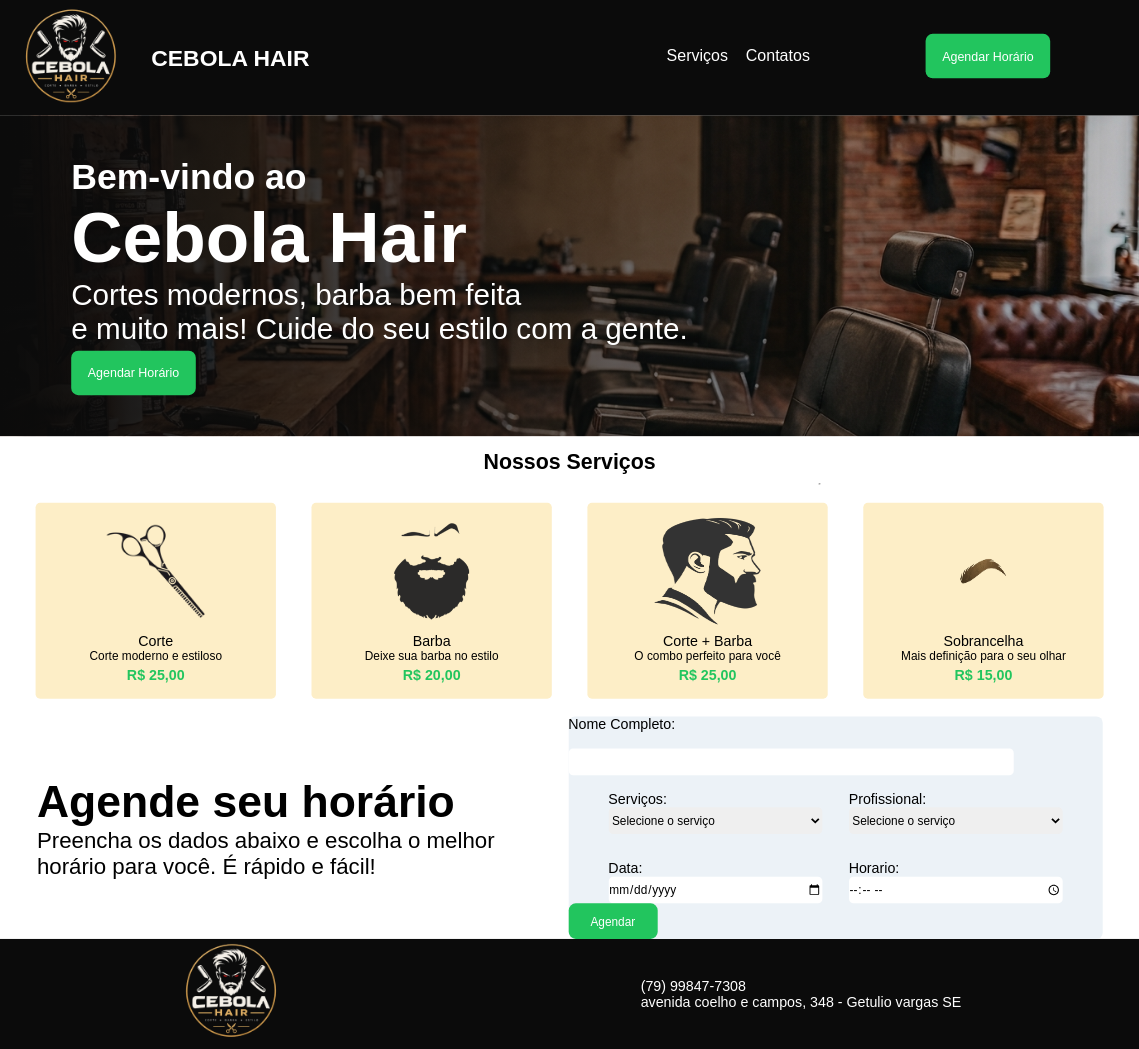
Repository: antonymsantana-design/final.activitie1
Page: index.html
The author's editor kept a copy of each file at every save. The page is drawn from the files as they stood at one save, then again after the next save.
The browser window is 1280 px wide. The pictures show the whole page, at 89% of full size.

Above is the page before, as saved 2026-09-15 20:04:17.

After the next save:
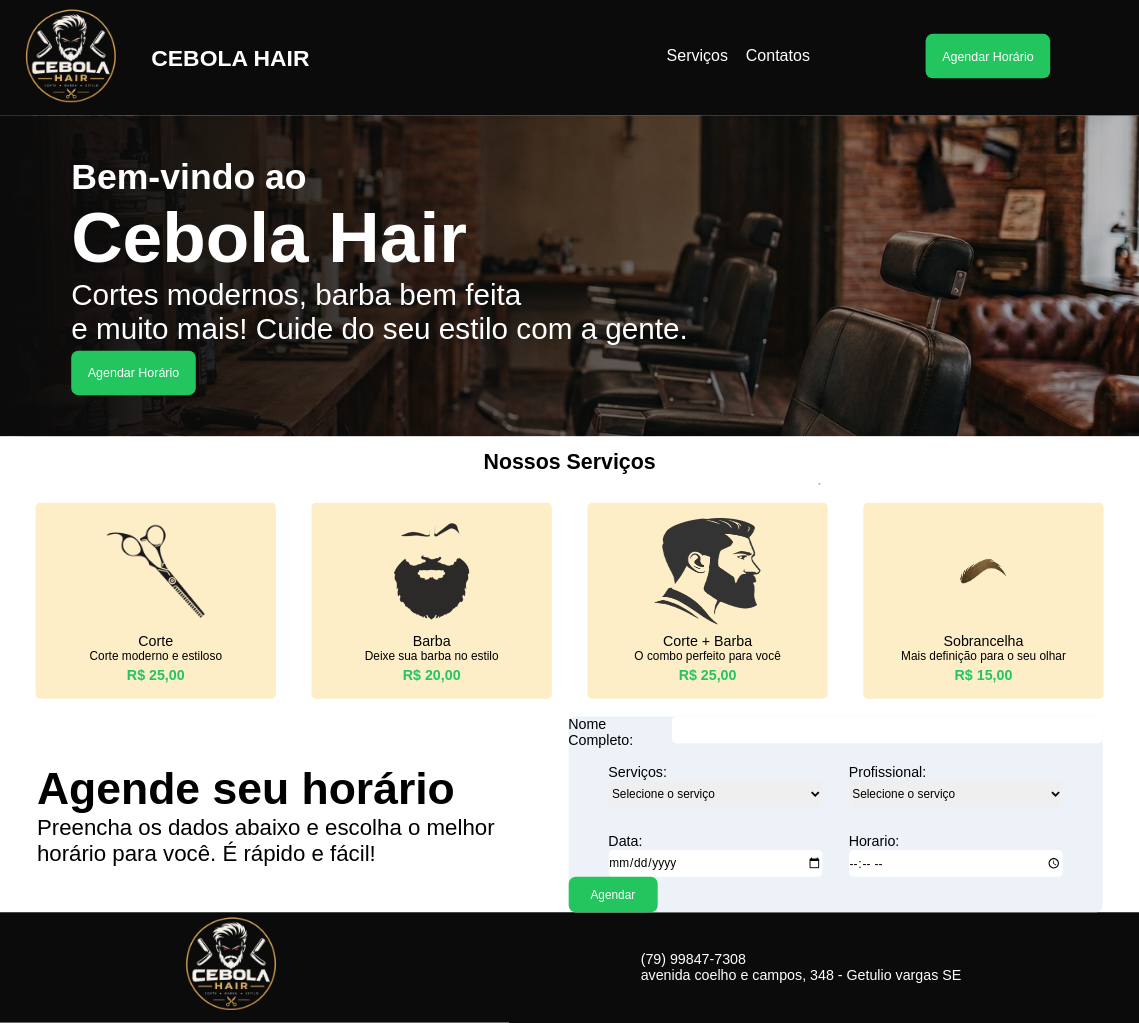
Saved 17 s later.
--- a/style.css
+++ b/style.css
@@ -179,8 +179,7 @@
 .formCima{
     display: flex;
     justify-content: center;
-    align-items: left;
-    flex-direction: column;
+    align-items: left
 }
 
 .quadrado{

After the save that followed:
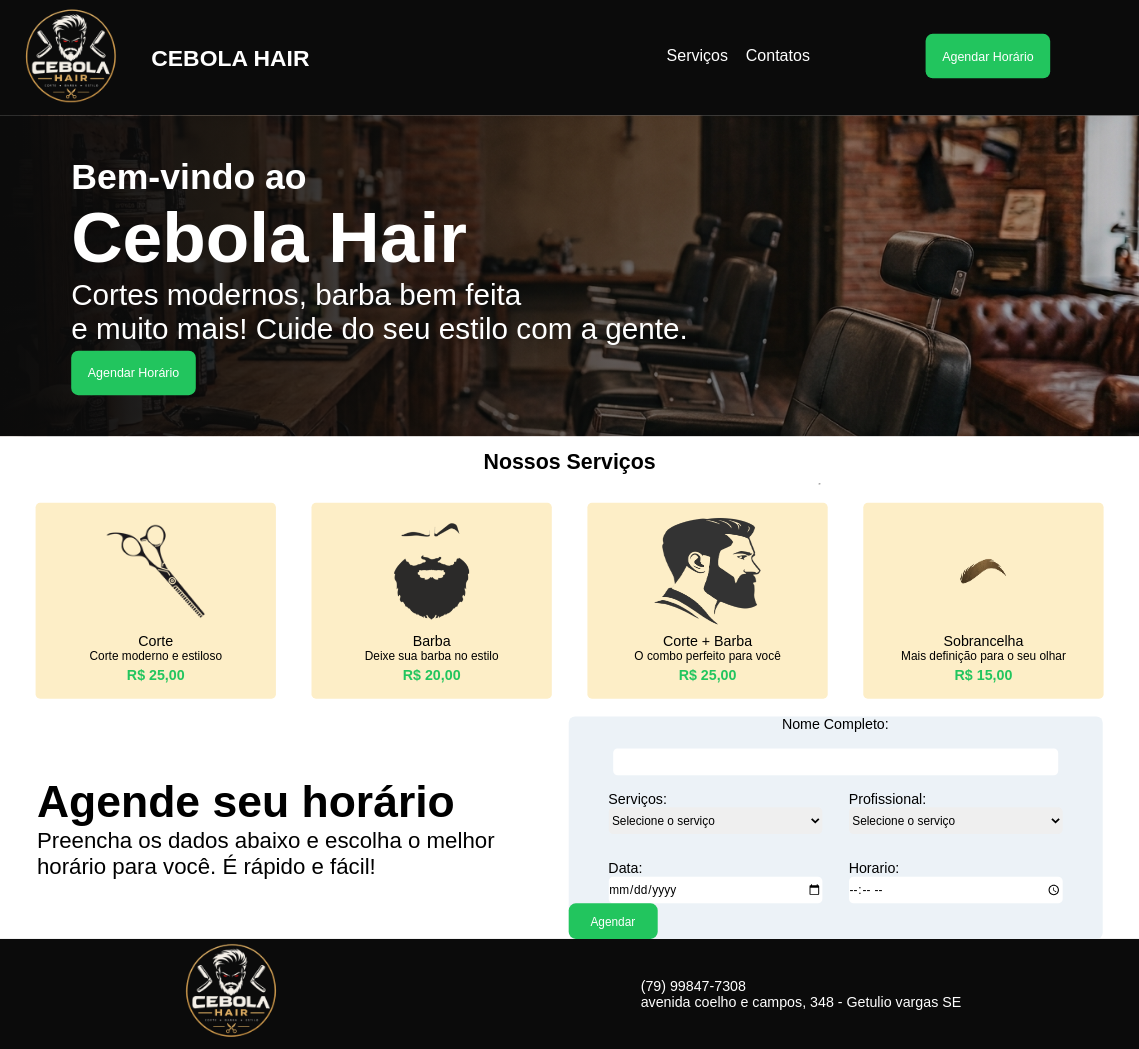
Saved 5 s later.
--- a/style.css
+++ b/style.css
@@ -179,7 +179,8 @@
 .formCima{
     display: flex;
     justify-content: center;
-    align-items: left
+    align-items: center;
+    flex-direction: column;
 }
 
 .quadrado{
